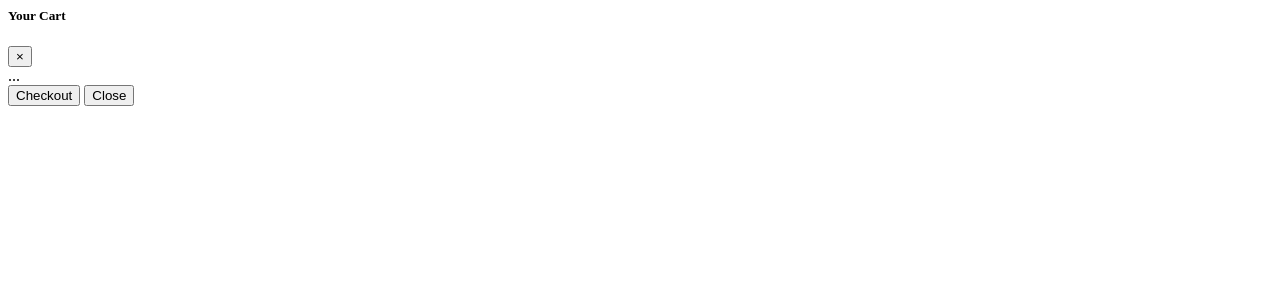
Repository: neerajchavan/E-Commerce-Project
Page: http://localhost/E-Commerce-Project/Components/Common_Modals.jsp
The author's editor kept a copy of each file at every save. The page is drawn from the files as they stood at one save, then again after the next save.
The browser window is 1280 px wide. The pictures show the whole page.
The page is served by Tomcat 9.

Above is the page before, as saved 2020-10-21 05:59:30.

After the next save:
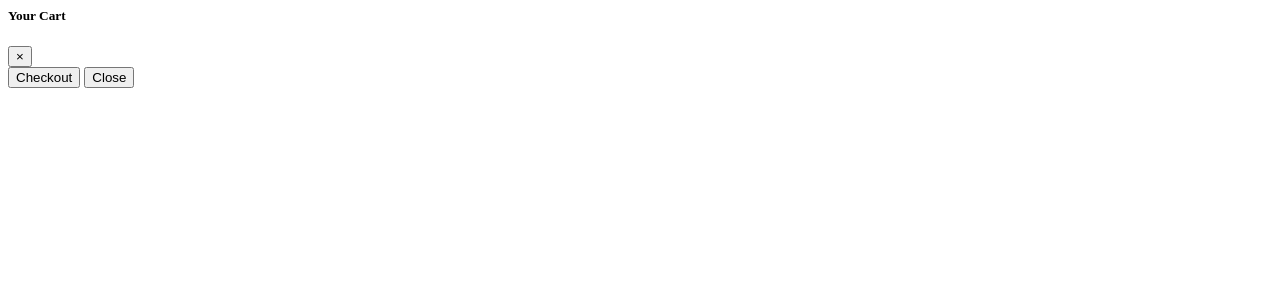
Saved 40 s later.
--- a/E-Commerce-Project/WebContent/Components/Common_Modals.jsp
+++ b/E-Commerce-Project/WebContent/Components/Common_Modals.jsp
@@ -10,7 +10,7 @@
         </button>
       </div>
       <div class="modal-body">
-        ...
+        <div class="cart-body"></div>
       </div>
       <div class="modal-footer">
         <button type="button" class="btn btn-secondary" data-dismiss="modal">Checkout</button>
